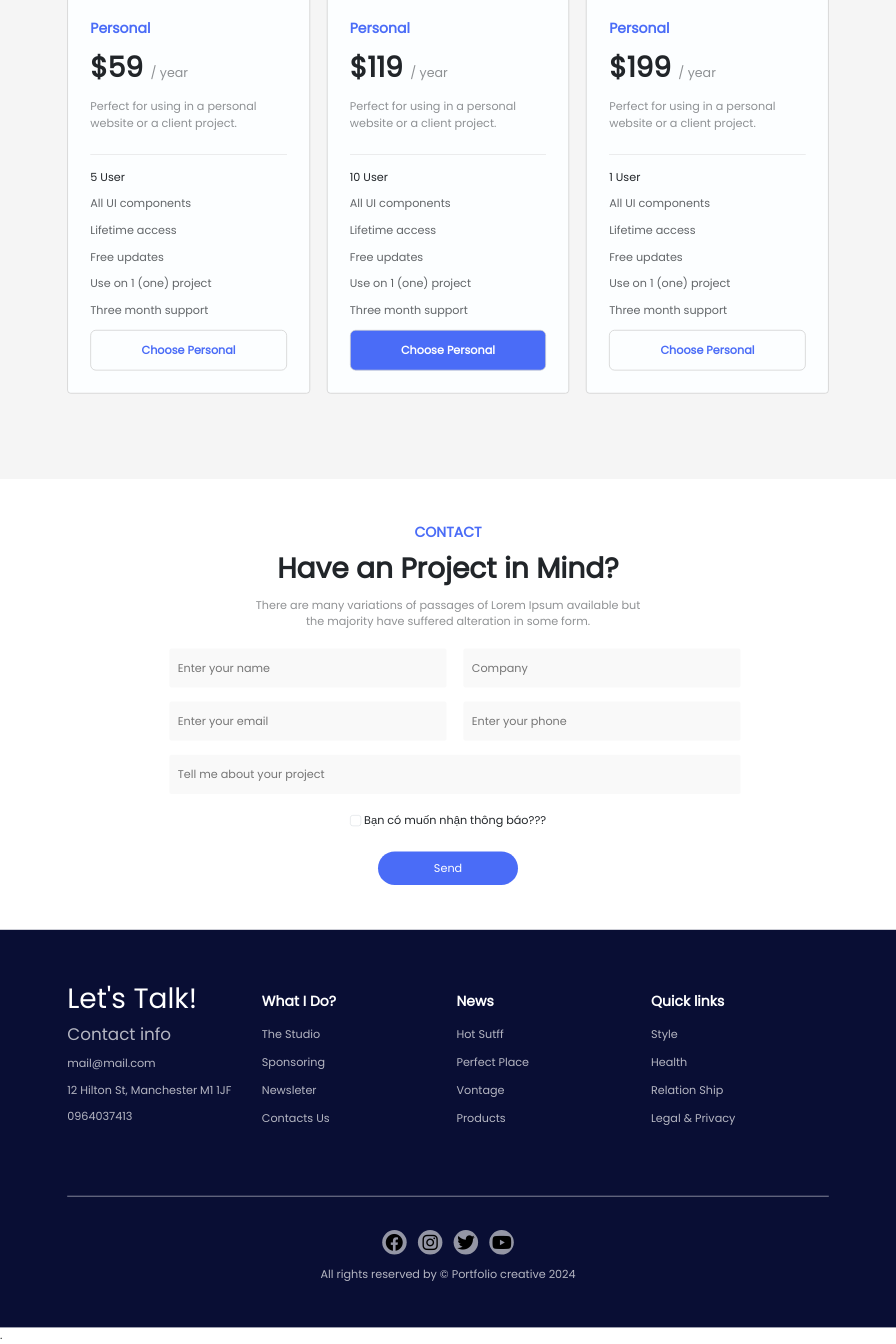
Repository: Vanthuy2002/My-Portfolio
Page: index.html
These files come from the project's save history. The page is drawn as it stood at one moment and after the next save; the edit follows.
The browser window is 1280 px wide. The pictures show the part of the page from y = 3756 to 5676 px (the page is 5676 px tall before and 5652 px after), at 70% of full size.

Above is the page before, as saved 2023-01-17 16:14:30.

After the next save:
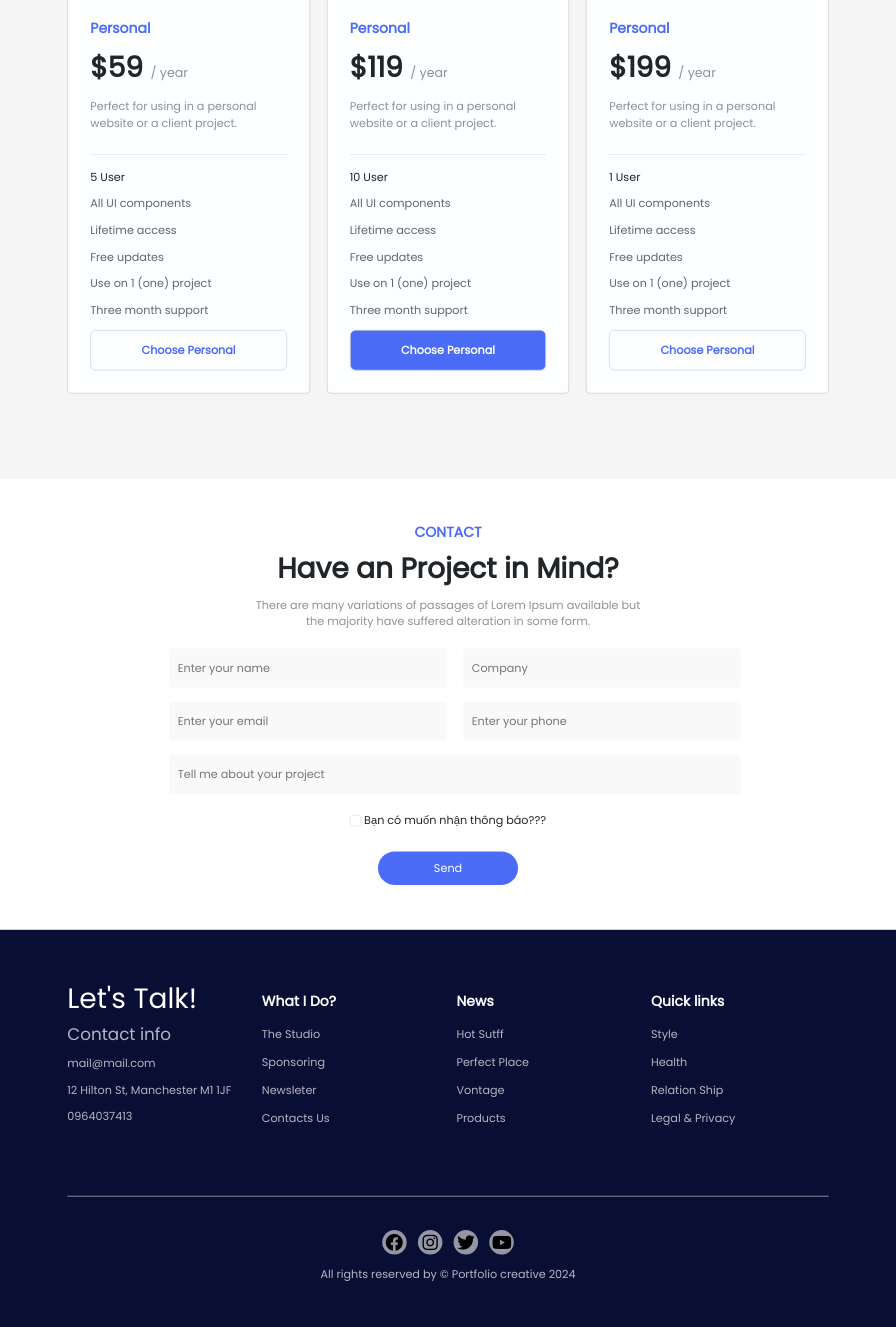
Saved 4 s later.
--- a/index.html
+++ b/index.html
@@ -543,7 +543,7 @@
         </div>
 
         <!-- cửa số thông báo -->
-        .
+        <div class="toast"></div>
 
     </div>
 
